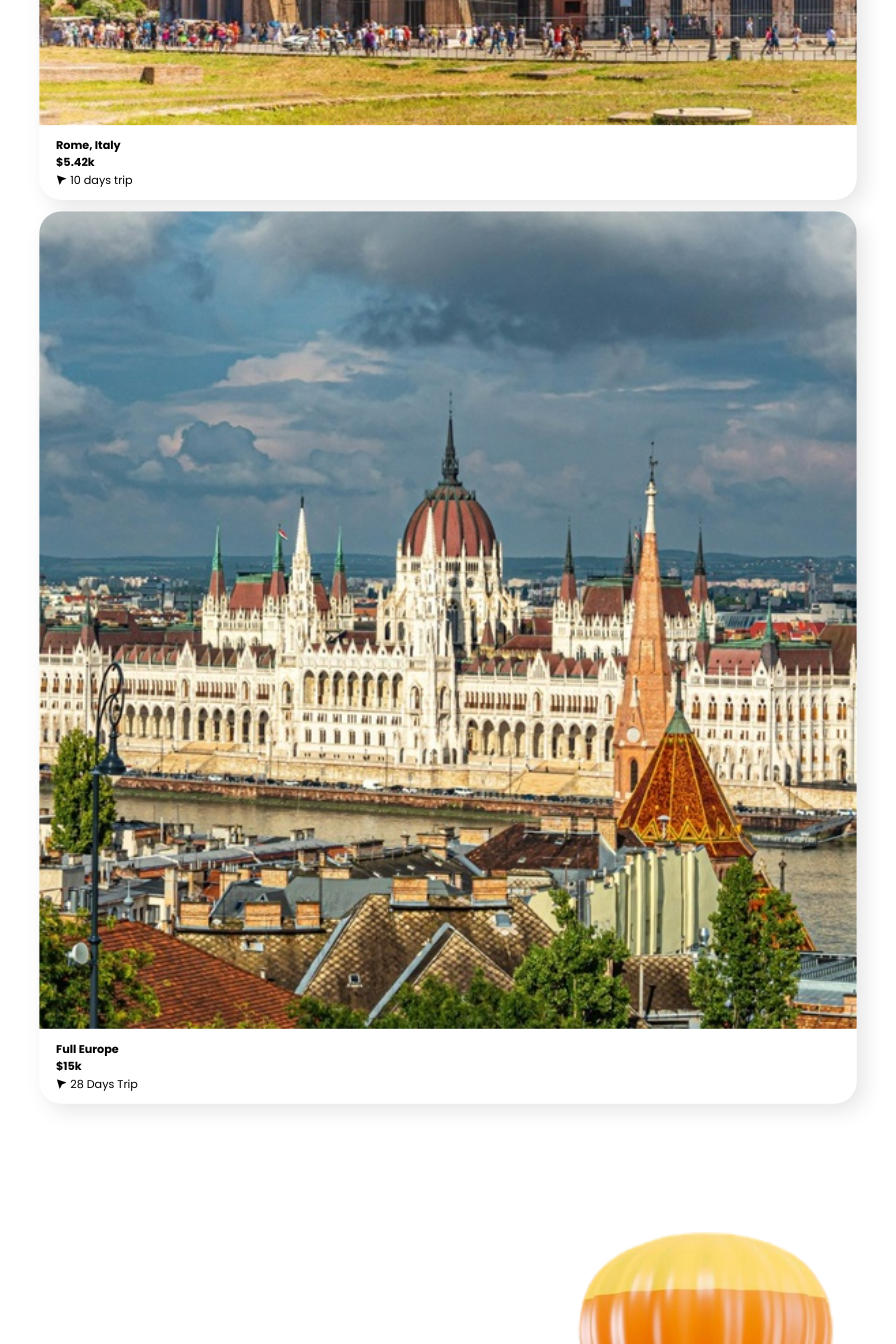
Repository: ntandomagana/travel-website
Page: index.html
An editor plug-in stored every save of this project. The page is shown before and after a run of saves, followed by the edit.
The browser window is 1280 px wide. The pictures show the part of the page from y = 3284 to 5204 px (the page is 9519 px tall before and 9551 px after), at 70% of full size.

Above is the page before, as saved 2024-05-07 13:25:25.

After the next 2 saves:
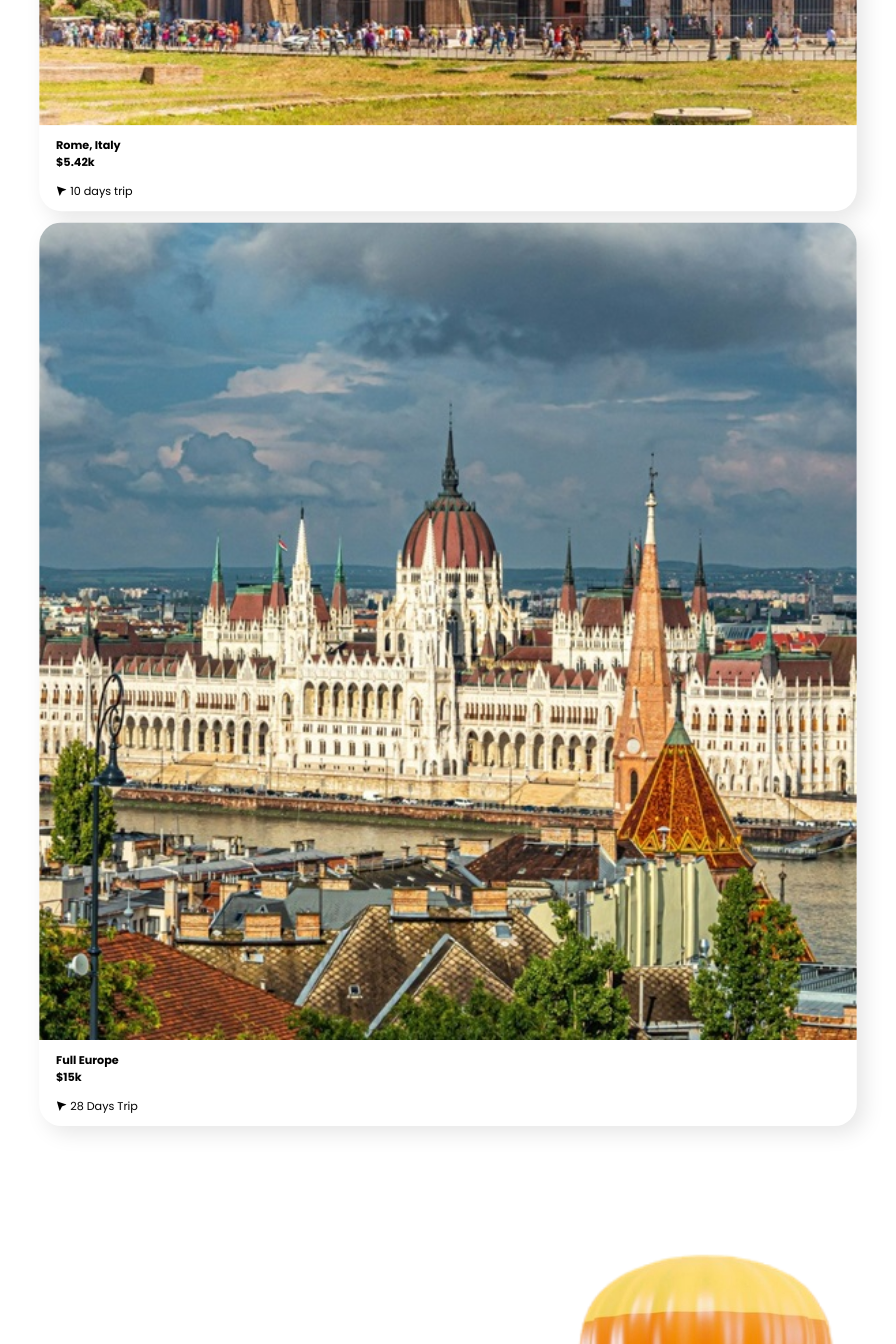
The 2 saves are shown as one change because they came seconds apart.
The last was saved 10 s later.
--- a/style.css
+++ b/style.css
@@ -252,5 +252,5 @@ ul {
 }
 
 .destination-details > div {
-
-}
+    margin-bottom: 1rem;
+}
